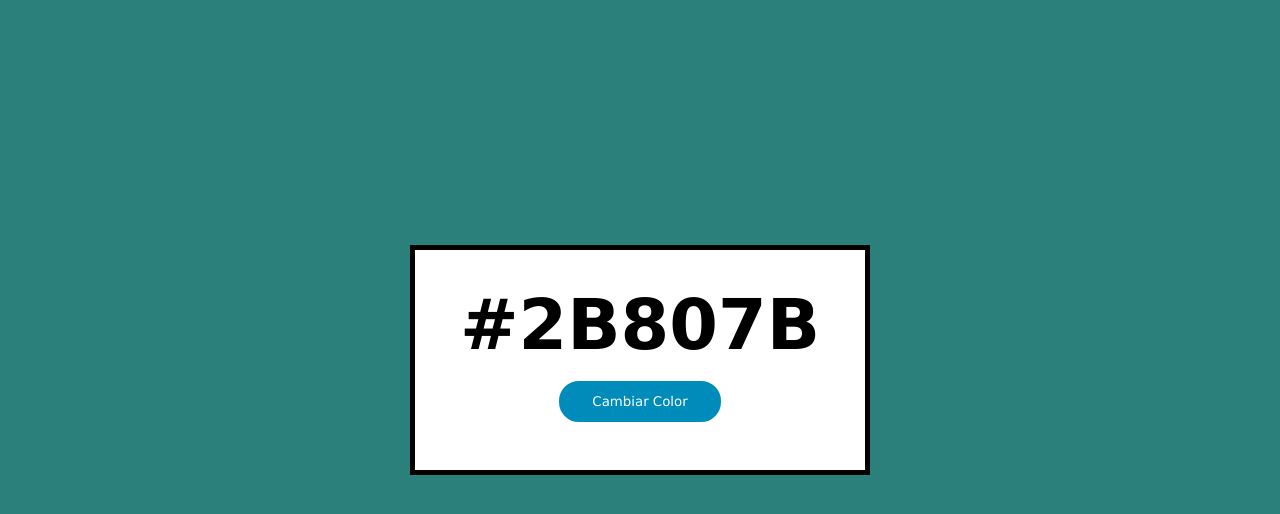
Repository: JoyMoGas/javascript-learn
Page: color-aleatorio/index.html
The author's editor kept a copy of each file at every save. The page is drawn from the files as they stood at one save, then again after the next save.
The browser window is 1280 px wide. The pictures show the whole page.
The pointer rests on the first visible `button`.

Above is the page before, as saved 2024-05-09 15:47:44.

### color-aleatorio/index.html
<!DOCTYPE html>
<html lang="es">
  <head>
    <meta charset="UTF-8" />
    <meta name="viewport" content="width=device-width, initial-scale=1.0" />
    <link rel="stylesheet" href="style.css" />
    <title>Color Aleatorio</title>
  </head>
  <body class="centrar-flex">
    <div id="contenedor" class="centrar-flex">
      <p id="color">#2B807B</p>
      <button id="boton-color">Cambiar Color</button>
    </div>
    <script src="app.js"></script>
  </body>
</html>

### color-aleatorio/style.css
/* Estilos generales  */

* {
    margin: 0;
    padding: 0;
    font-family: Verdana, sans-serif;
}

body {
    height: 100vh;
    background-color: #2B807B;
    text-align: center;
}

.centrar-flex {
    display: flex;
    justify-content: center;
    align-items: center;
}

/* Contenedor */

#contenedor {
    height: 220px;
    width: 450px;
    background-color: white;
    border: 5px solid black;
    flex-wrap: wrap;
    flex-direction: column;
}

/* Texto */

#color {
    font-size: 70px;
    font-weight: bold;
}

/* Boton */
button {
    font: 30px;
    color: white;
    border-radius: 20px;
    background-color: #008CBA;
    margin: 15px;
    padding: 10px 30px;
    border: 3px solid #008CBA;
    user-select: none;
    cursor: pointer;
    transition-duration: 0.4s;
}

Loaded but not shown: color-aleatorio/app.js (no stored copy; drawn as an empty file)

After the next save:
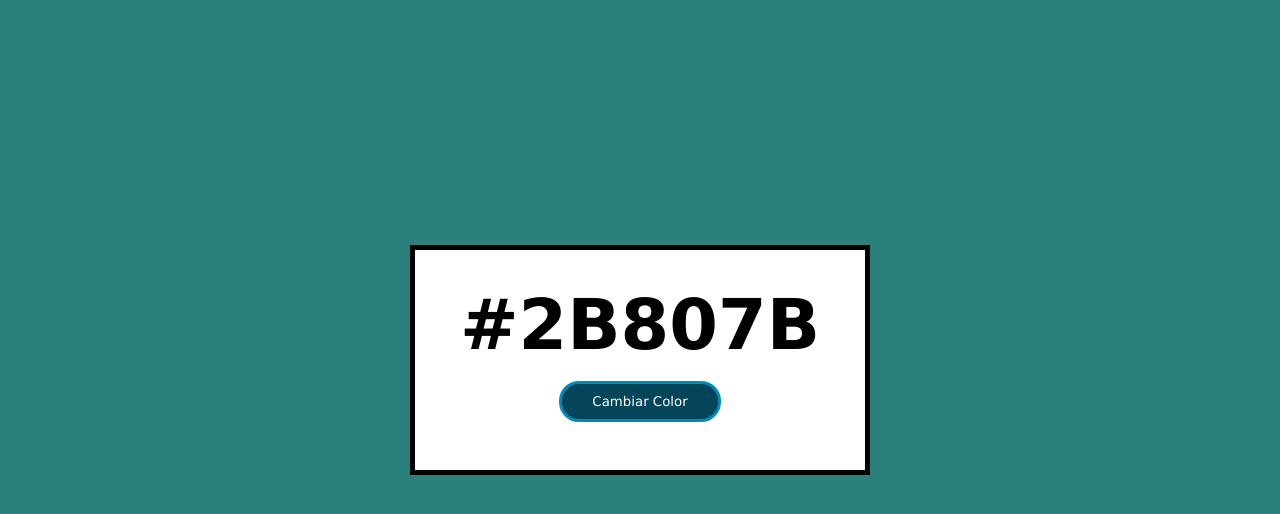
Saved 59 s later.
--- a/color-aleatorio/style.css
+++ b/color-aleatorio/style.css
@@ -49,3 +49,7 @@
     cursor: pointer;
     transition-duration: 0.4s;
 }
+
+button:hover {
+    background-color: #05455A;
+}
